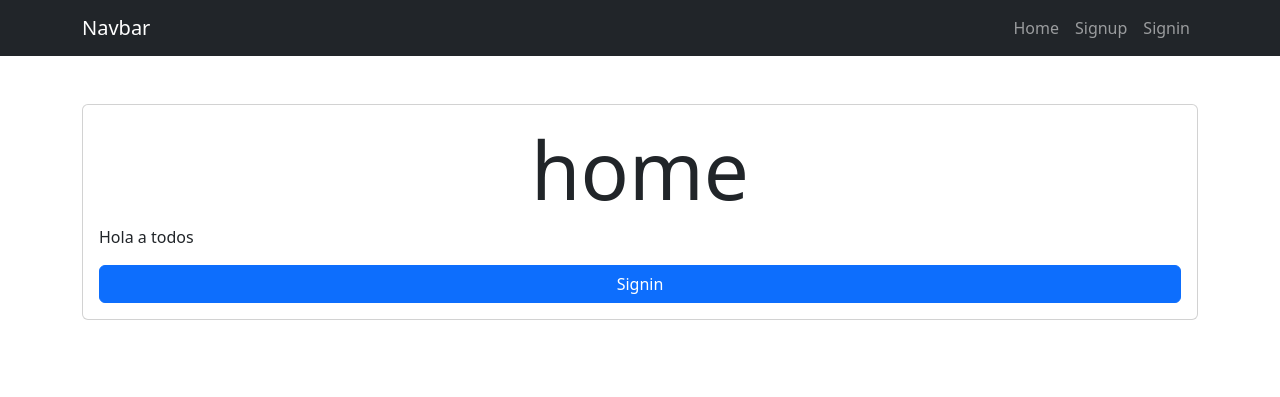
Repository: dbettancourt/django-auth-crud
Page: http://localhost/
The author's editor kept a copy of each file at every save. The page is drawn from the files as they stood at one save, then again after the next save.
The browser window is 1280 px wide. The pictures show the whole page.
The page is served by the project's application, run on Django 4.2 (manage.py). Other server files are loaded and not shown.

Above is the page before, as saved 2023-06-06 10:26:40.

### tasks/templates/home.html
{% extends 'base.html' %}

{% block content %}

<main class="container py-5">
    <section class="card card-body">
        <h1 class="display-1 text-center">home</h1>
        <p>Hola a todos</p>

        <button class="btn btn-primary">
            Signin
        </button>

    </section>
</main>

{% endblock %}

### tasks/templates/base.html
<!DOCTYPE html>
<!--[if lt IE 7]>      <html class="no-js lt-ie9 lt-ie8 lt-ie7"> <![endif]-->
<!--[if IE 7]>         <html class="no-js lt-ie9 lt-ie8"> <![endif]-->
<!--[if IE 8]>         <html class="no-js lt-ie9"> <![endif]-->
<!--[if gt IE 8]>      <html class="no-js"> <!--<![endif]-->
<html>
    <head>
        <meta charset="utf-8">
        <meta http-equiv="X-UA-Compatible" content="IE=edge">
        <title>Pagina Base Django</title>
        <meta name="description" content="">
        <meta name="viewport" content="width=device-width, initial-scale=1">
        <link rel="stylesheet" href="">
        <link rel="stylesheet" href="https://cdn.jsdelivr.net/npm/bootstrap@5.3.0/dist/css/bootstrap.min.css">
       <link rel="stylesheet" href="https://cdn.jsdelivr.net/npm/bootstrap-icons@1.5.0/font/bootstrap-icons.css">

    </head>
    <body>
        <!--[if lt IE 7]>
            <p class="browsehappy">You are using an <strong>outdated</strong> browser. Please <a href="#">upgrade your browser</a> to improve your experience.</p>
        <![endif]-->
        <nav class="navbar navbar-expand-lg bg-dark navbar-dark">
            <div class="container">
              <a class="navbar-brand" href="#">Navbar</a>
              <button class="navbar-toggler" type="button" data-bs-toggle="collapse" data-bs-target="#navbarNav" aria-controls="navbarNav" aria-expanded="false" aria-label="Toggle navigation">
                <span class="navbar-toggler-icon"></span>
              </button>
              <div class="collapse navbar-collapse" id="navbarNav">
                <ul class="navbar-nav ms-auto">
                    <li class="nav-item">
                        <a href="/"  class="nav-link">Home</a>
                    </li>
                    {% if user.is_authenticated %}
                    <li class="nav-item">
                        <a href="/tasks"  class="nav-link">Tasks Pending</a>
                    </li>
                    <li class="nav-item">
                        <a href="/tasks_completed"  class="nav-link">Tasks Completed</a>
                    </li>
                    <li class="nav-item">
                        <a href="/tasks/create"  class="nav-link">Create task</a>
                    </li>

                    <li class="nav-item">
                        <a href="/logout"  class="nav-link">Logout</a>
                    </li>
                    {% else %}
                    <li class="nav-item">
                        <a href="/signup"  class="nav-link">Signup</a>
                    </li>
                    <li class="nav-item">
                        <a href="/signin"  class="nav-link">Signin</a>
                    </li>
                    {% endif %}
                </ul>
              </div>
            </div>
          </nav>

        <script src="" async defer></script>

        {% block content %}
        {% endblock %}

    </body>
</html>

### tasks/views.py
from django.shortcuts import render, redirect, get_object_or_404
from django.contrib.auth.forms import UserCreationForm, AuthenticationForm
from django.contrib.auth.models import User
from django.contrib.auth import login, logout, authenticate
from django.db import IntegrityError
from .forms import TaskForm
from .models import Task
from django.utils import timezone
from django.contrib.auth.decorators import login_required



# Create your views here.
def home(request):
    return render(request, 'home.html')

def signup(request):

    if request.method == 'GET':
         return render(request, 'signup.html',{
        'form': UserCreationForm
    })

    else:
        if request.POST['password1'] == request.POST['password2']:
            try:
                user = User.objects.create_user(username=request.POST['username'], password=request.POST['password1'])
                user.save()
                login(request, user)
                return redirect ('tasks')
            except IntegrityError:
                return render(request, 'signup.html',{
                    'form': UserCreationForm,
                    'error': 'El usuario ya existe'
                    })
        return render(request, 'signup.html', {
            'form': UserCreationForm,
            'error': 'Las contraseñas no coinciden'
            })

@login_required
def tasks(request):
    tasks = Task.objects.filter(user=request.user, datecompleted__isnull=True)
    return render(request, 'tasks.html', {'tasks': tasks})

@login_required
def tasks_completed(request):
    tasks = Task.objects.filter(user=request.user, datecompleted__isnull=False).order_by ('-datecompleted')
    return render(request, 'tasks.html', {'tasks': tasks})

@login_required
def create_task(request):

    if request.method == 'GET':
        return render(request, 'create_task.html', {
            'form': TaskForm
        })
    else:
        try:
            form = TaskForm(request.POST)
            new_task = form.save(commit=False)
            new_task.user = request.user
            new_task.save()
            return redirect('tasks')
        except ValueError:
            return render(request, 'create_task.html', {
                'form': TaskForm,
                'error': 'Por favor ingresar datos validos'
             })

@login_required
def task_detail(request, task_id):
    if request.method == 'GET':
        task = get_object_or_404(Task, pk=task_id, user=request.user)
        form = TaskForm(instance=task)
        return render(request, 'task_detail.html', {'task': task, 'form': form})
    else:
        try:
            task = get_object_or_404(Task, pk=task_id, user=request.user)
            form = TaskForm(request.POST, instance=task)
            form.save()
            return redirect('tasks')
        except ValueError:
            return render(request, 'task_detail.html', {'task': task, 'form': form, 'error': "Error al actualizar"})

@login_required
def complete_task(request, task_id):
    task = get_object_or_404(Task, pk=task_id, user=request.user)
    if request.method == 'POST':
        task.datecompleted = timezone.now()
        task.save()
        return redirect('tasks')

@login_required
def delete_task(request, task_id):
    task = get_object_or_404(Task, pk=task_id, user=request.user)
    if request.method == 'POST':
        task.datecompleted = timezone.now()
        task.delete()
        return redirect('tasks')

@login_required
def signout(request):
    logout(request)
    return redirect('home')

def signin(request):
    if request.method=='GET':
        return render(request, 'signin.html', {
            'form': AuthenticationForm
        })
    else:
        user = authenticate(
            request, username=request.POST['username'], password=request.POST['password'])

        if user is None:
            return render(request, 'signin.html', {
                'form': AuthenticationForm,
                'error': 'Usuario o password es incorrecta'
            })
        else:
            login(request, user)
            return redirect('tasks')

### djangocrud/urls.py
"""
URL configuration for djangocrud project.

The `urlpatterns` list routes URLs to views. For more information please see:
    https://docs.djangoproject.com/en/4.2/topics/http/urls/
Examples:
Function views
    1. Add an import:  from my_app import views
    2. Add a URL to urlpatterns:  path('', views.home, name='home')
Class-based views
    1. Add an import:  from other_app.views import Home
    2. Add a URL to urlpatterns:  path('', Home.as_view(), name='home')
Including another URLconf
    1. Import the include() function: from django.urls import include, path
    2. Add a URL to urlpatterns:  path('blog/', include('blog.urls'))
"""
from django.contrib import admin
from django.urls import path
from tasks import views

urlpatterns = [
    path('admin/', admin.site.urls),
    path('', views.home, name='home'),
    path('signup/', views.signup, name='signup'),
    path('tasks/', views.tasks, name='tasks'),
    path('tasks_completed/', views.tasks_completed, name='_completed'),
    path('tasks/create/', views.create_task, name='create_tasks'),
    path('tasks/<int:task_id>/', views.task_detail, name='task_detail'),
    path('tasks/<int:task_id>/complete', views.complete_task, name='complete_task'),
    path('tasks/<int:task_id>/delete', views.delete_task, name='delete_task'),
    path('logout/', views.signout, name='logout'),
    path('signin/', views.signin, name='signin')
]

After the next save:
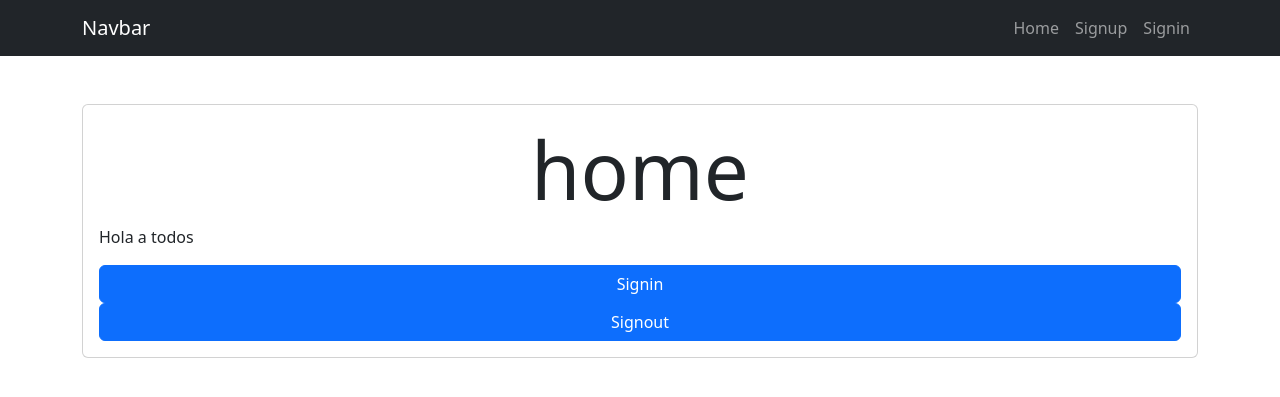
Saved 14 s later.
--- a/tasks/templates/home.html
+++ b/tasks/templates/home.html
@@ -11,6 +11,10 @@
             Signin
         </button>
 
+        <button class="btn btn-primary">
+            Signout
+        </button>
+
     </section>
 </main>
 
